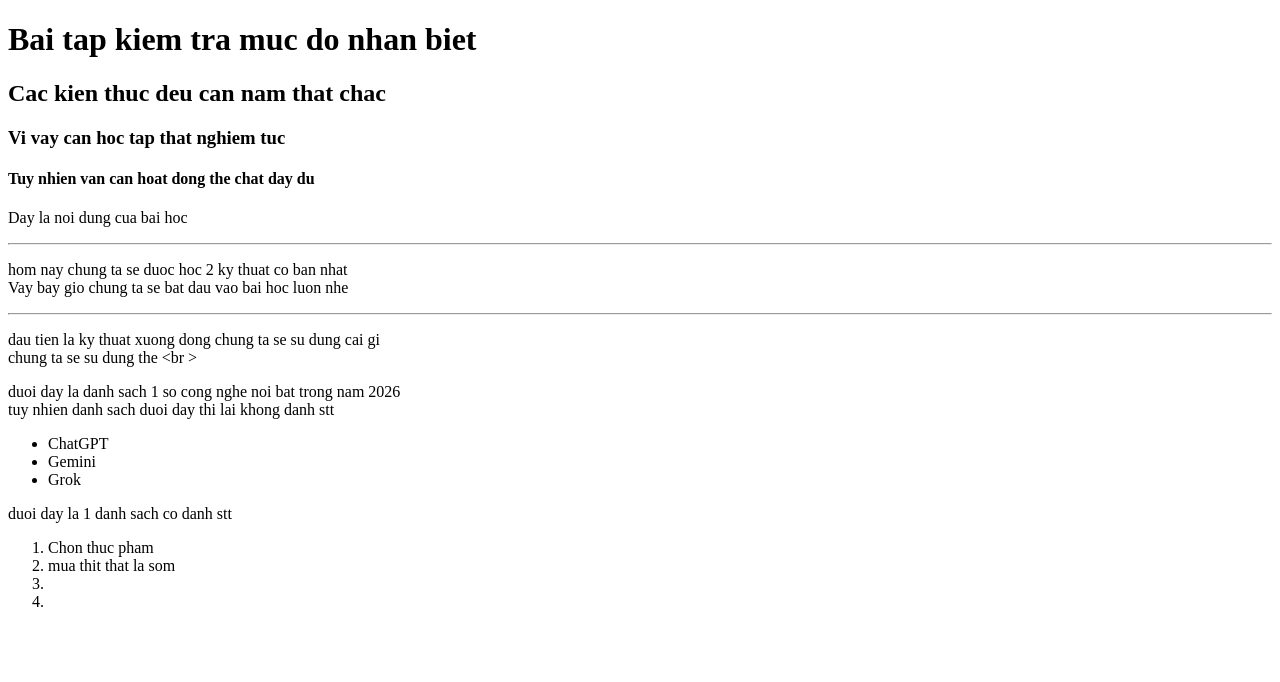
Repository: bachphamudu/my-tech-docs
Page: index.html
An editor plug-in stored every save of this project. The page is shown before and after the next save, followed by the edit.
The browser window is 1280 px wide. The pictures show the whole page.

Above is the page before, as saved 2026-10-17 09:21:12.

After the next save:
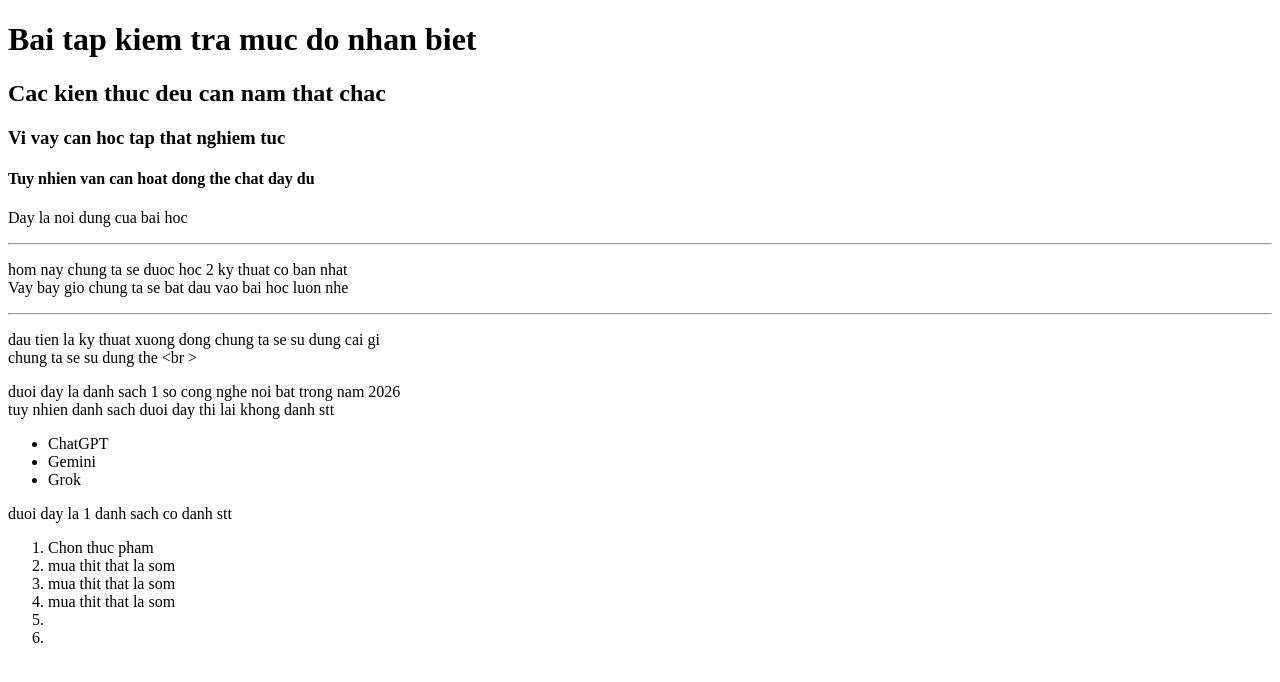
Saved 8 s later.
--- a/index.html
+++ b/index.html
@@ -28,6 +28,8 @@
     <ol>
         <li>Chon thuc pham
             <li>mua thit that la som</li>
+            <li>mua thit that la som</li>
+            <li>mua thit that la som</li>
         </li>
         <li></li>
         <li></li>
